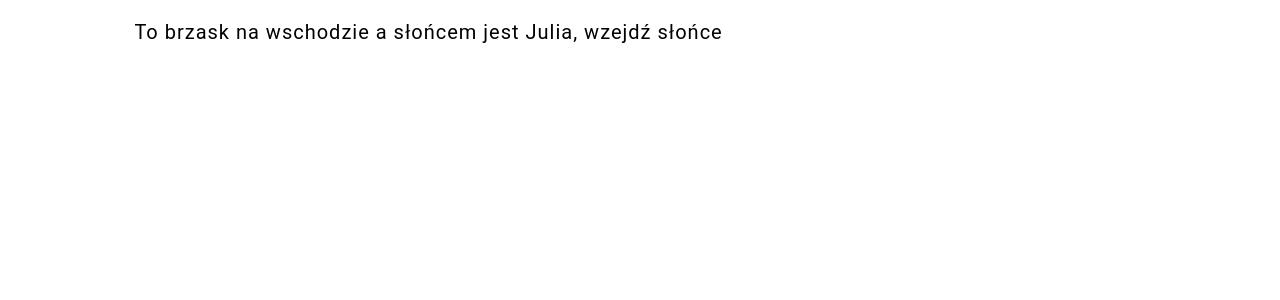
Repository: KasiaJakubowska/Typing
Page: index.html
These files come from the project's save history. The page is drawn as it stood at one moment and after the next save; the edit follows.
The browser window is 1280 px wide. The pictures show the whole page.

Above is the page before, as saved 2019-04-26 12:02:17.

After the next save:
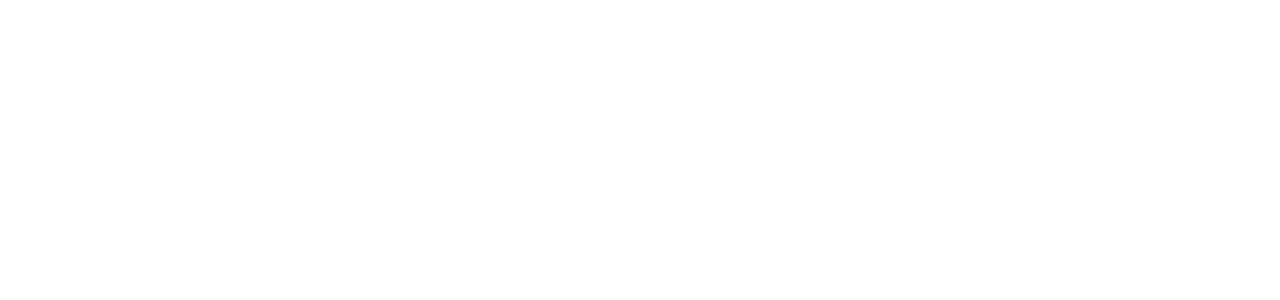
Console error: SyntaxError: Invalid or unexpected token
Saved 3 min 34 s later.
--- a/main.js
+++ b/main.js
@@ -1,5 +1,8 @@
 const spnText = document.querySelector('.text');
-const txt = 'To brzask na wschodzie a słońcem jest Julia, wzejdź słońce'
+const txt = 'Emigrowałem z objęc Twych nad ranem,
+Dzień mnie wyganiał, nocą znów wracałem,
+Dane nam było, słońca zaćmienie,
+Następne będzie, może za sto lat.'
 
 let indexText = 0;
 const time = 40;

After the save that followed:
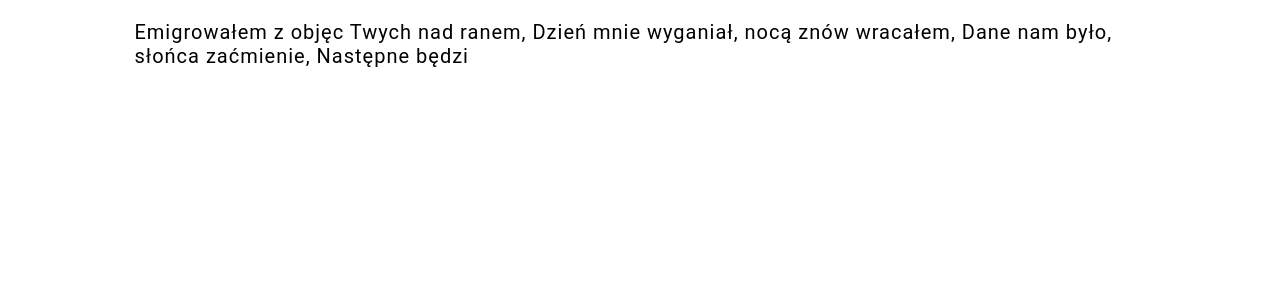
The error is gone.
Saved 27 s later.
--- a/main.js
+++ b/main.js
@@ -1,8 +1,5 @@
 const spnText = document.querySelector('.text');
-const txt = 'Emigrowałem z objęc Twych nad ranem,
-Dzień mnie wyganiał, nocą znów wracałem,
-Dane nam było, słońca zaćmienie,
-Następne będzie, może za sto lat.'
+const txt = 'Emigrowałem z objęc Twych nad ranem, Dzień mnie wyganiał, nocą znów wracałem, Dane nam było, słońca zaćmienie, Następne będzie, może za sto lat.'
 
 let indexText = 0;
 const time = 40;
